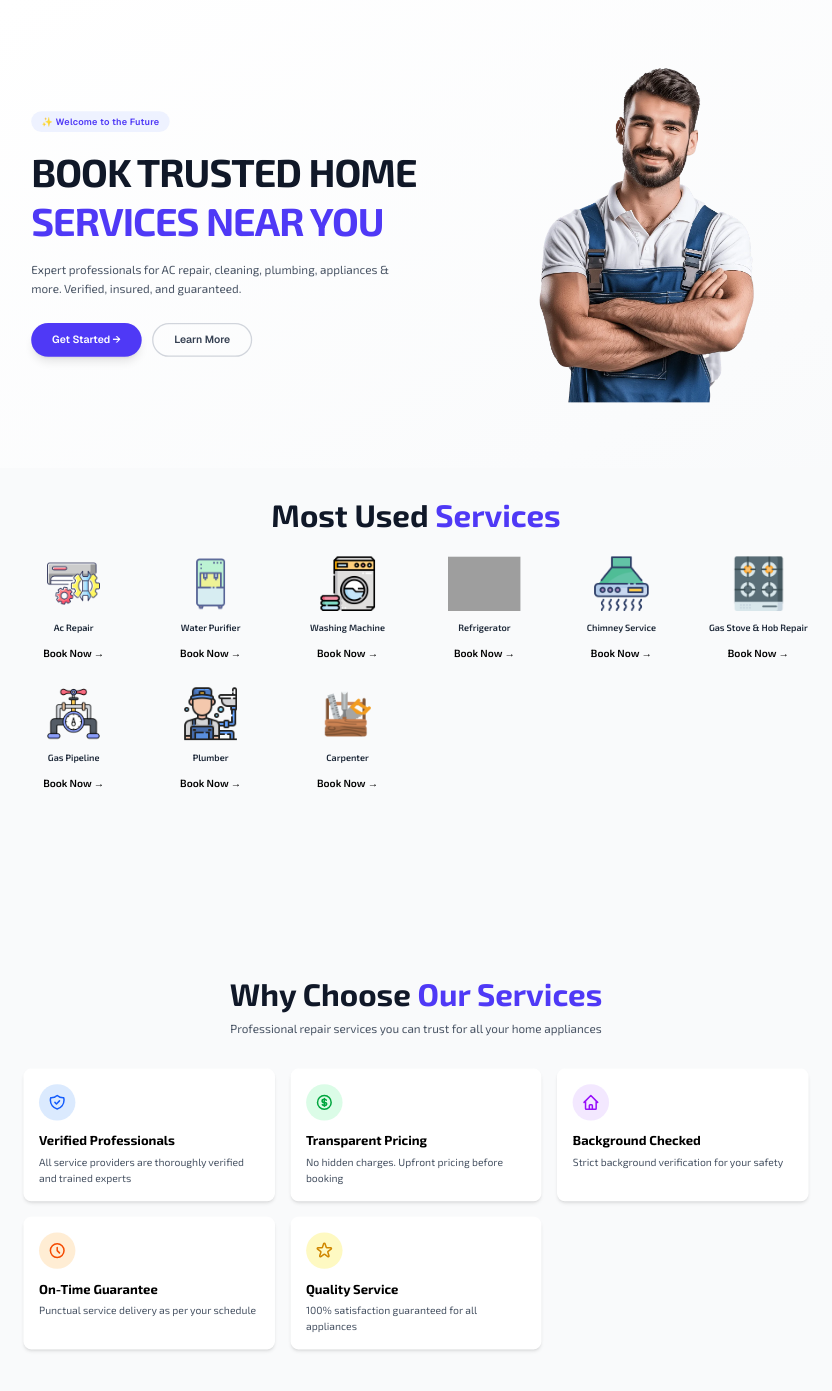
Repository: deepak445566/repai
Page: / (app in repair/)
These files come from the project's save history. The page is drawn as it stood at one moment and after the next save; the edit follows.
The browser window is 1280 px wide. The pictures show the whole page, at 65% of full size.
Pictures or frames that could not be fetched are drawn as grey boxes. The project was rebuilt for these pictures with package versions that can differ from the ones it lists, and the page was loaded fresh each time. The framework's server and built-in components were replaced by stand-ins that run in the browser. Also part of the build but not shown: repair/next.config.mjs.

Above is the page before, as saved 2026-04-15 14:37:57.

After the next save:
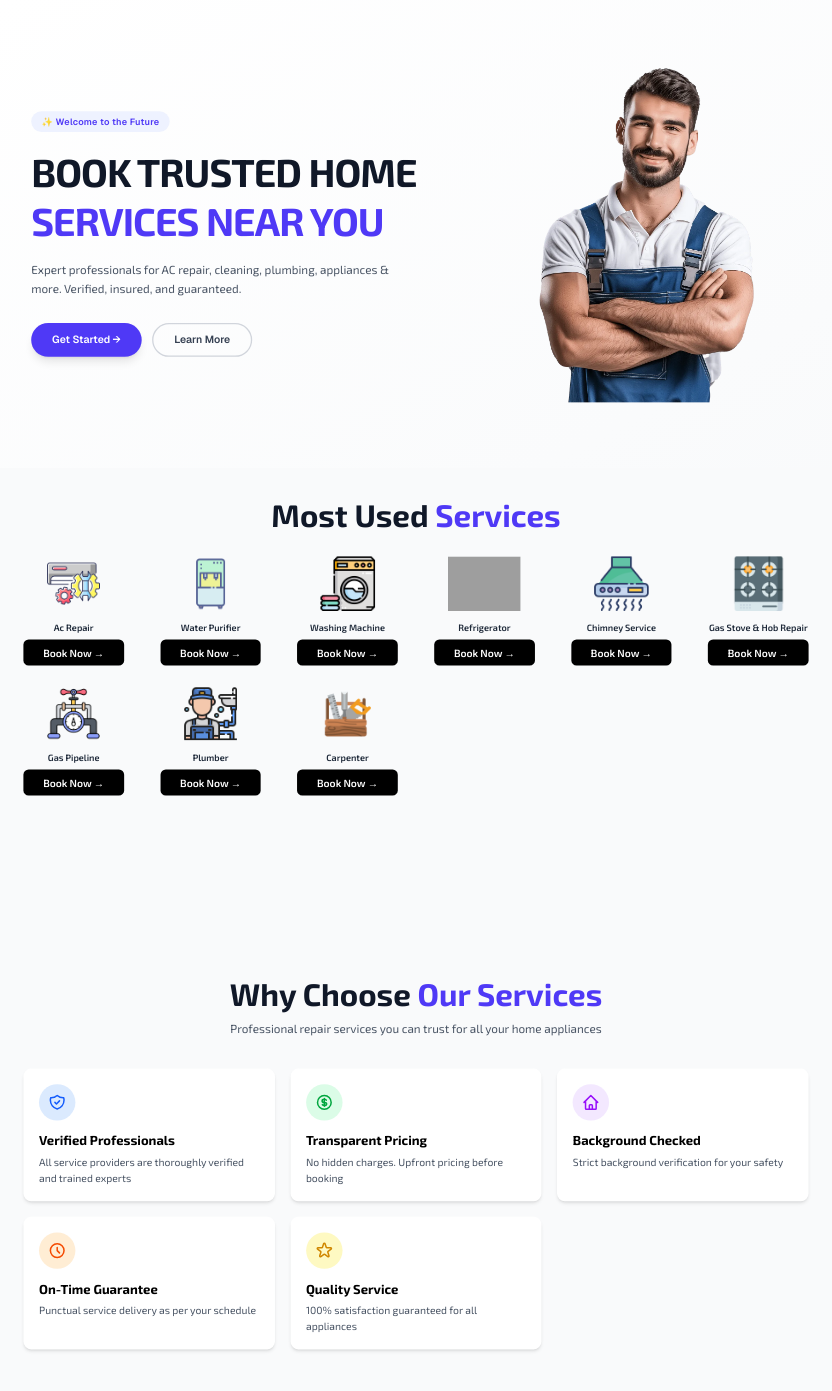
Saved 15 s later.
--- a/repair/src/components/Service.jsx
+++ b/repair/src/components/Service.jsx
@@ -57,7 +57,7 @@
               <div className="px-5 pb-2">
                 <button
                   onClick={() => handleBookNow(service.title)}
-                  className="w-full text-black  text-xm font-semibold py-2  rounded-lg "
+                  className="w-full bg-black text-white text-xm font-semibold py-2  rounded-lg "
                 >
                   Book Now →
                 </button>
